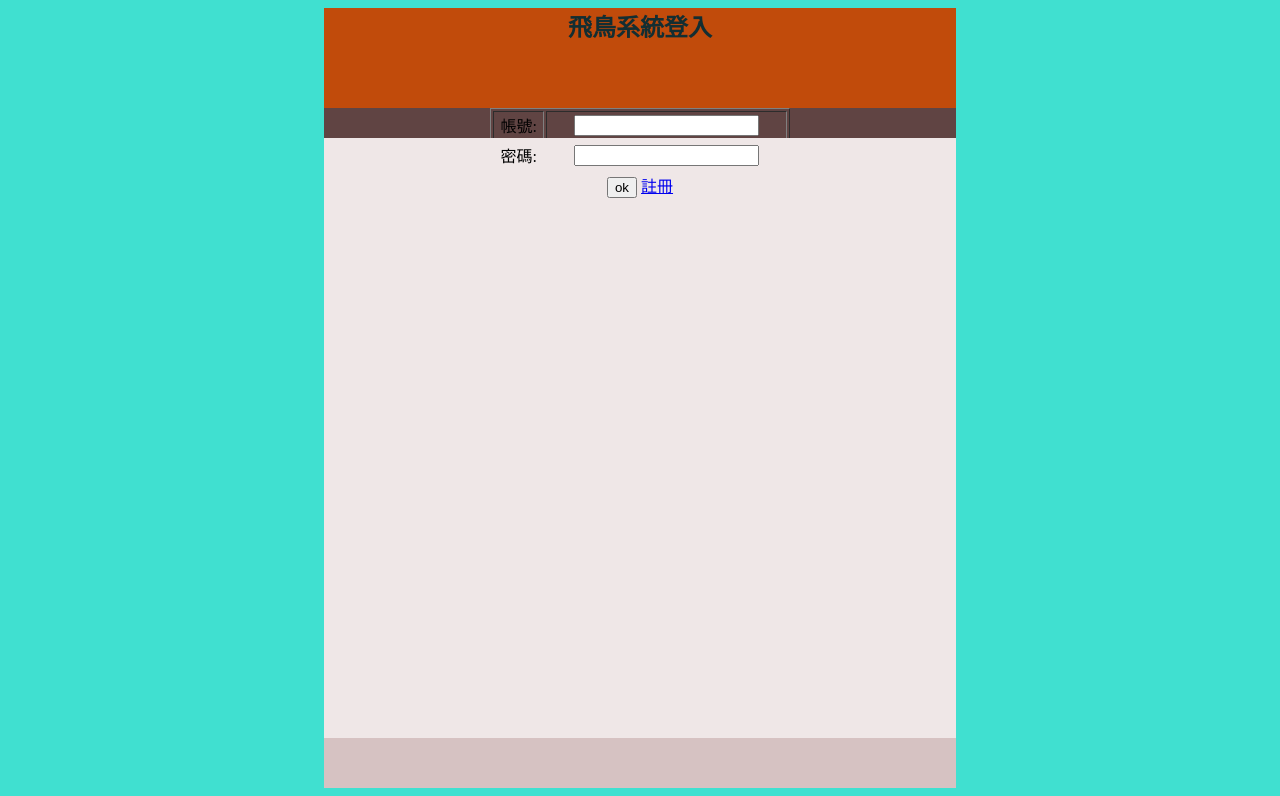
Repository: pride0420/portfolio
Page: Portfolio/1_springBoot/src/main/resources/static/index.html
The author's editor kept a copy of each file at every save. The page is drawn from the files as they stood at one save, then again after the next save.
The browser window is 1280 px wide. The pictures show the whole page.

Above is the page before, as saved 2023-11-30 14:28:47.

### Portfolio/1_springBoot/src/main/resources/static/index.html
<!DOCTYPE html>
<html>
<link rel="stylesheet" href="css/index.css">
<head>
<meta charset="utf-8">
<title>Insert title here</title>
</head>
<body>
<form action="login" method="post">
<div id="header" align="center">飛鳥系統登入</div>
	<div id="navigater"><table align="center" border="1" width=300>
		<tr align="center">
			<td>帳號:</td>
			<td><input type="text" name="username"></td>
		</tr>
		<tr align="center">
			<td>密碼:</td>
			<td><input type="password" name="password"></td>
		</tr>
		<tr align="center">
			<td colspan="2"><input type="submit" value="ok">
			<a href="addError">註冊</td>

		</tr>
	</table></div>
</form>
<div id="content"></div>
<div id="footer"></div>
</body>
</html>

### Portfolio/1_springBoot/src/main/resources/static/css/index.css
@charset "BIG5";
body{
	 background-color:  #40e0d0;
}
#header{
	background-color: #C14B0B;
	width: 50%;
	height:100px;
	margin-left: 25%;
	color: #132E32;
	font-weight:800;
	font-size:150%;
}
#navigater{

	background-color:#604443;
	width: 50%;
	height:30px;
	margin-left: 25%;
}
#nav{
	color:white;
	padding-left:60%;

}
#content{
	background-color:#EFE7E7;
	width: 50%;
	height:600px;
	margin-left: 25%;
}
#footer{
	background-color:#D6C2C2;
	width: 50%;
	height:50px;
	margin-left: 25%;
}

After the next save:
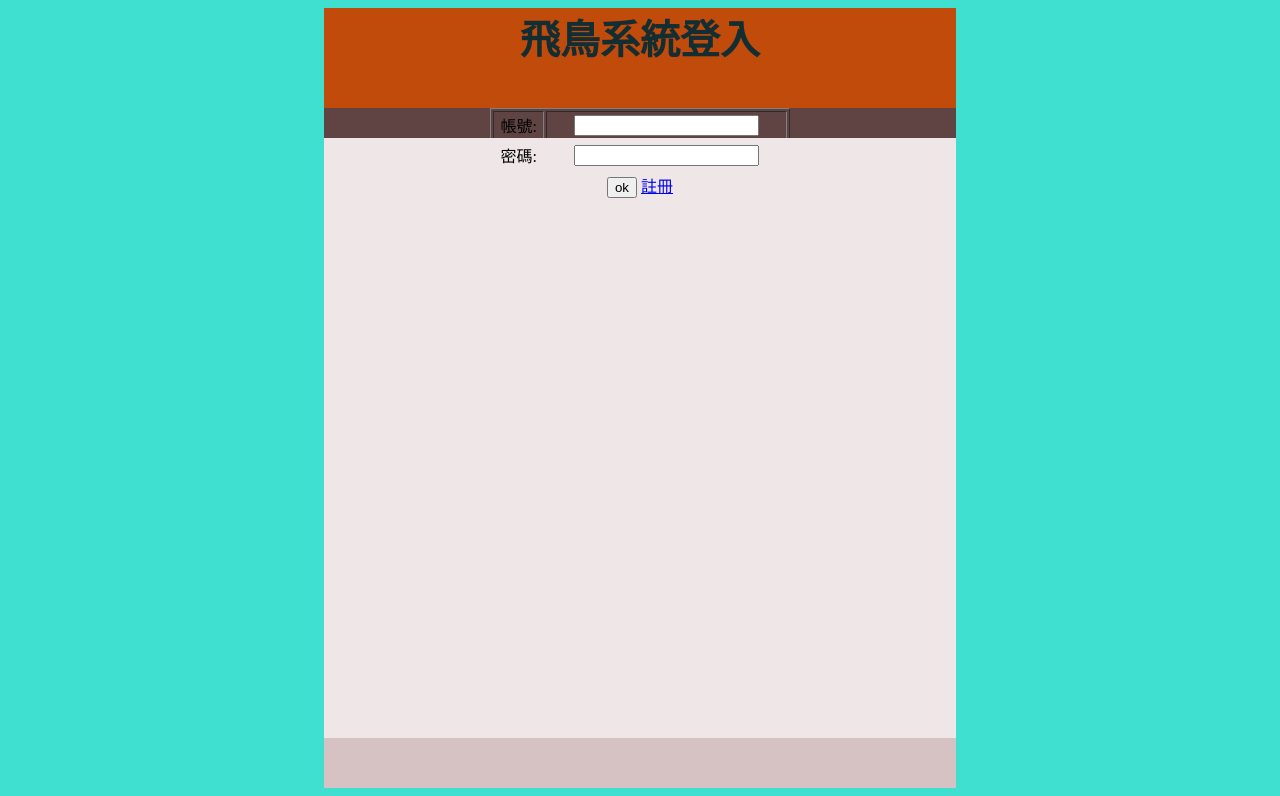
Saved 6 s later.
--- a/Portfolio/1_springBoot/src/main/resources/static/css/index.css
+++ b/Portfolio/1_springBoot/src/main/resources/static/css/index.css
@@ -9,7 +9,7 @@ body{
 	margin-left: 25%;
 	color: #132E32;
 	font-weight:800;
-	font-size:150%;
+	font-size:250%;
 }
 #navigater{
 
